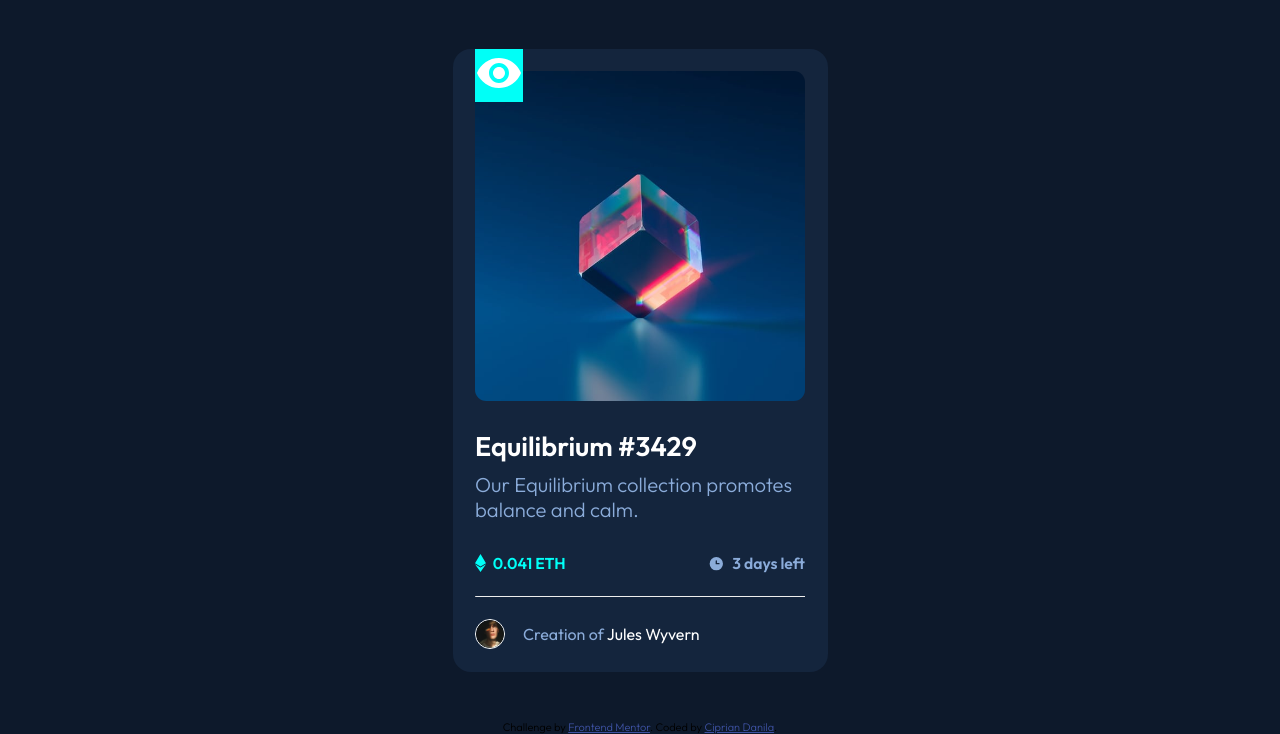
Repository: cipdanila/NFT-preview-card-component
Page: index.html
These files come from the project's save history. The page is drawn as it stood at one moment and after the next save; the edit follows.
The browser window is 1280 px wide. The pictures show the whole page.

Above is the page before, as saved 2024-01-31 18:03:30.

After the next save:
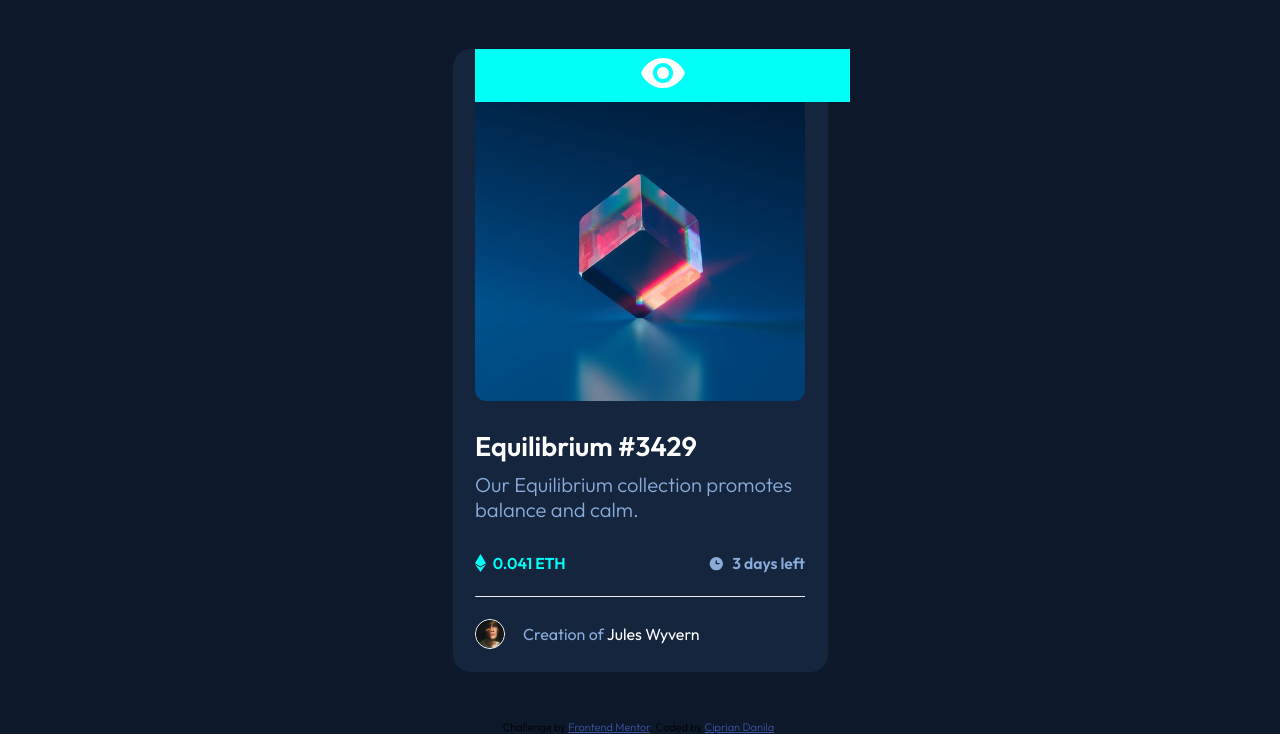
Saved 10 s later.
--- a/style.css
+++ b/style.css
@@ -54,6 +54,8 @@
     position: absolute;
     background-color: var(--cyan);
     top: 0;
+    width: 100%;
+    height: ;
 }
 
 .mainImg {
